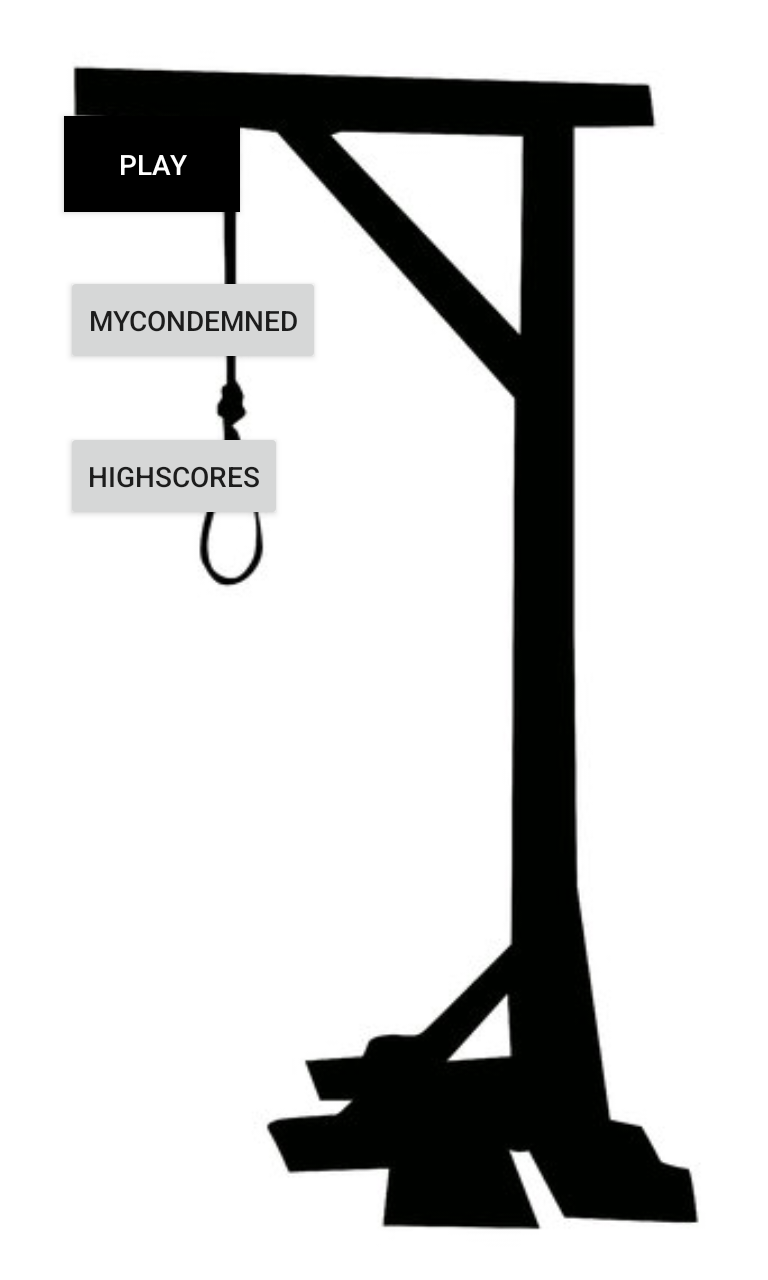
Repository: Sjaakja/hangman_app_studio
Layout: workspace/Hangman-TimeToSaveYourFriends/res/layout/fragment_main.xml
The author's editor kept a copy of each file at every save. The layout is drawn from the files as they stood at one save, then again after the next save.
It is drawn on a 768 x 1280 px phone screen (xhdpi) without system bars, with theme AppTheme; the app's code is not run.

Above is the layout before, as saved 2014-06-09 14:51:25.

After the next save:
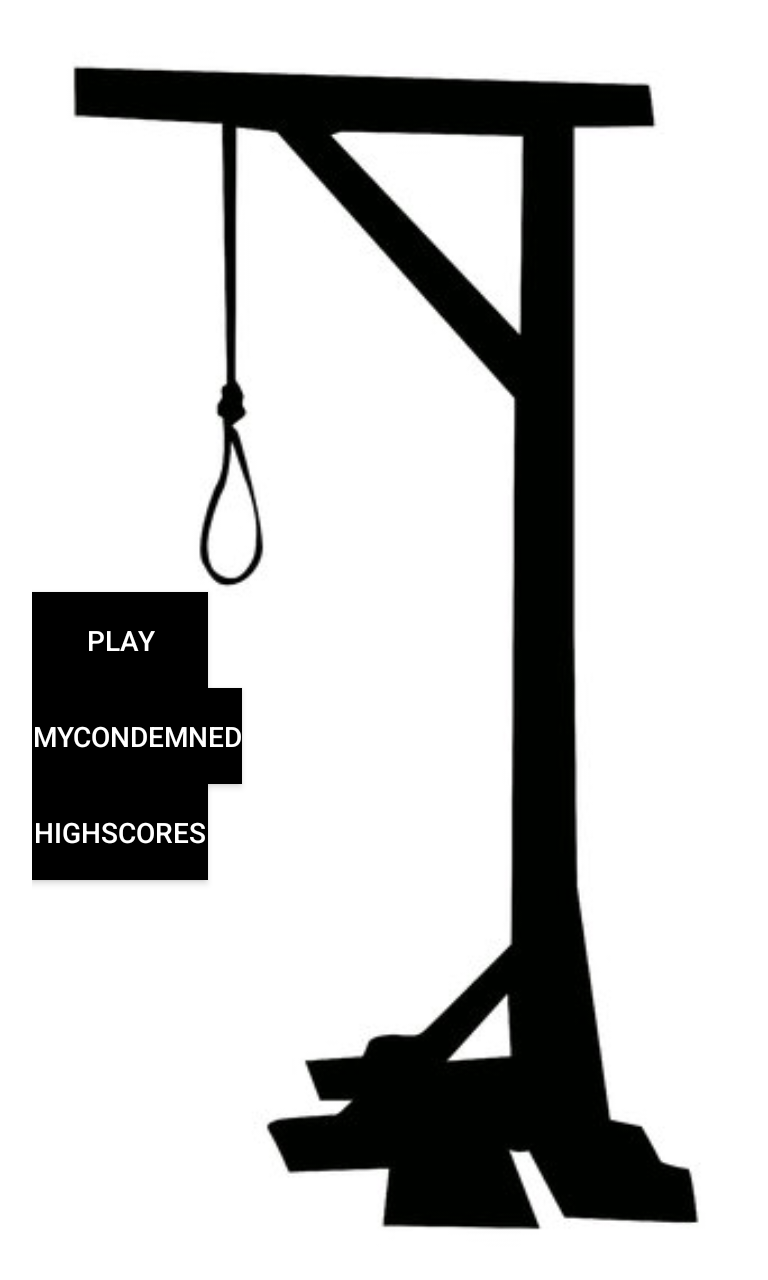
Saved 85 s later.
--- a/workspace/Hangman-TimeToSaveYourFriends/res/layout/fragment_main.xml
+++ b/workspace/Hangman-TimeToSaveYourFriends/res/layout/fragment_main.xml
@@ -10,33 +10,33 @@
     tools:context="com.example.hangman_timetosaveyourfriends.MainActivity$PlaceholderFragment" >
 
     <Button
+        android:id="@+id/button1"
+        android:layout_width="wrap_content"
+        android:layout_height="wrap_content"
+        android:layout_alignParentLeft="true"
+        android:layout_centerVertical="true"
+        android:text="@string/title_activity_play"
+        android:background="@color/black"
+        android:textColor="@color/white" />
+
+    <Button
         android:id="@+id/button3"
         android:layout_width="wrap_content"
         android:layout_height="wrap_content"
         android:layout_alignLeft="@+id/button2"
         android:layout_below="@+id/button2"
-        android:layout_marginTop="30dp"
-        android:text="@string/title_activity_highscores" />
+        android:text="@string/title_activity_highscores"
+    	android:background="@color/black"
+        android:textColor="@color/white" />
 
     <Button
         android:id="@+id/button2"
         android:layout_width="wrap_content"
         android:layout_height="wrap_content"
-        android:layout_alignLeft="@+id/button1"
+        android:layout_alignParentLeft="true"
         android:layout_below="@+id/button1"
-        android:layout_marginTop="30dp"
-        android:text="@string/title_activity_my_condemned" />
-
-    <Button
-        android:id="@+id/button1"
+        android:text="@string/title_activity_my_condemned"
         android:background="@color/black"
-        android:layout_width="wrap_content"
-        android:layout_height="wrap_content"
-        android:layout_alignParentLeft="true"
-        android:layout_alignParentTop="true"
-        android:layout_marginLeft="16dp"
-        android:layout_marginTop="42dp"
-        android:text="@string/title_activity_play"
-    	android:textColor="@color/white"  />
+        android:textColor="@color/white" />
 
 </RelativeLayout>
